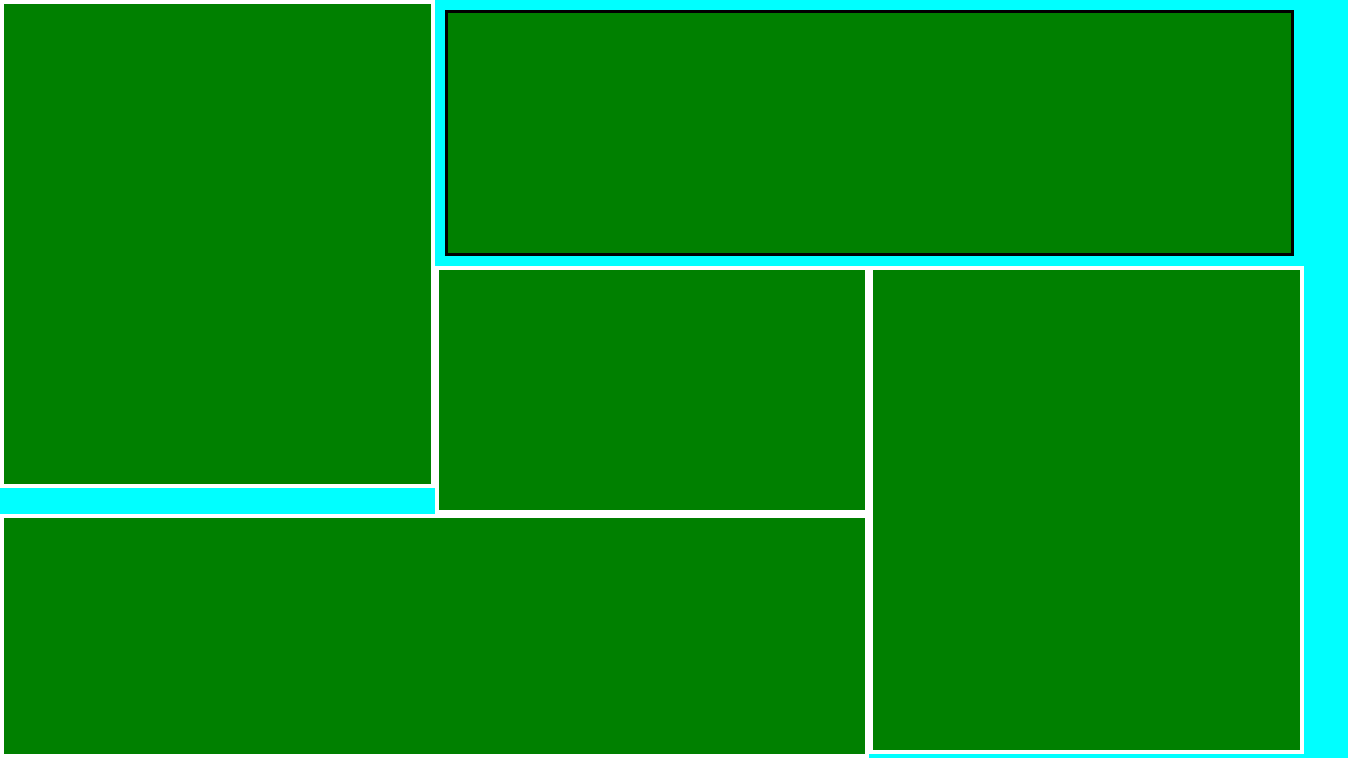
Repository: tianjiewang2022/tianjiewang2022.github.io
Page: index.html
These files come from the project's save history. The page is drawn as it stood at one moment and after the next save; the edit follows.
The browser window is 1280 px wide. The page is 1304 px wide, then 1348 px, so the pictures cover 1348 px, including what lies to the right of the window. The pictures show the whole page.

Above is the page before, as saved 2023-10-03 19:16:25.

After the next save:
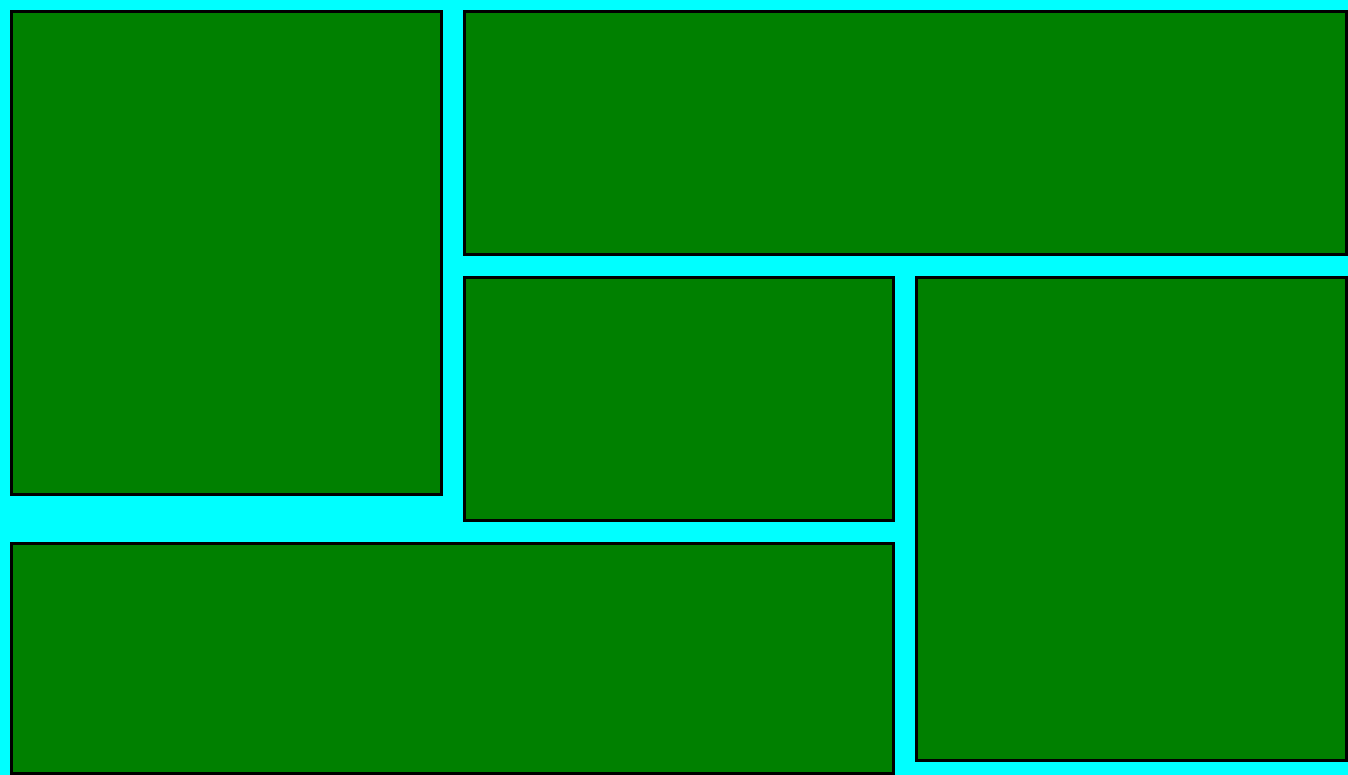
Saved 27 s later.
--- a/index.html
+++ b/index.html
@@ -42,7 +42,8 @@
                 width: calc(1 * (100vw / 3));
                 /* Set the width of the left bar */
                 /* Position the left bar at the left side */
-                border: 4px solid #fff;
+                border: 3px solid black;
+                margin: 10px;
             }
 
             .main_area {
@@ -57,7 +58,8 @@
                 height: calc(1 * (100vh / 3));
                 width: calc(1 * (100vw / 3));
                 align-items: center;
-                border: 4px solid #fff;
+                border: 3px solid black;
+                margin: 10px;
             }
 
             .right_bar {
@@ -69,7 +71,8 @@
                 width: calc(1 * (100vw / 3));
                 /* Set the width of the left bar */
                 /* Position the left bar at the left side */
-                border: 4px solid #fff;
+                border: 3px solid black;
+                margin: 10px;
             }
 
             footer {
@@ -82,7 +85,8 @@
                 align-items: center;
                 z-index: 100;
                 /* Set the height of the footer */
-                border: 4px solid #fff;
+                border: 3px solid black;
+                margin: 10px;
             }
         </style>
     </head>
